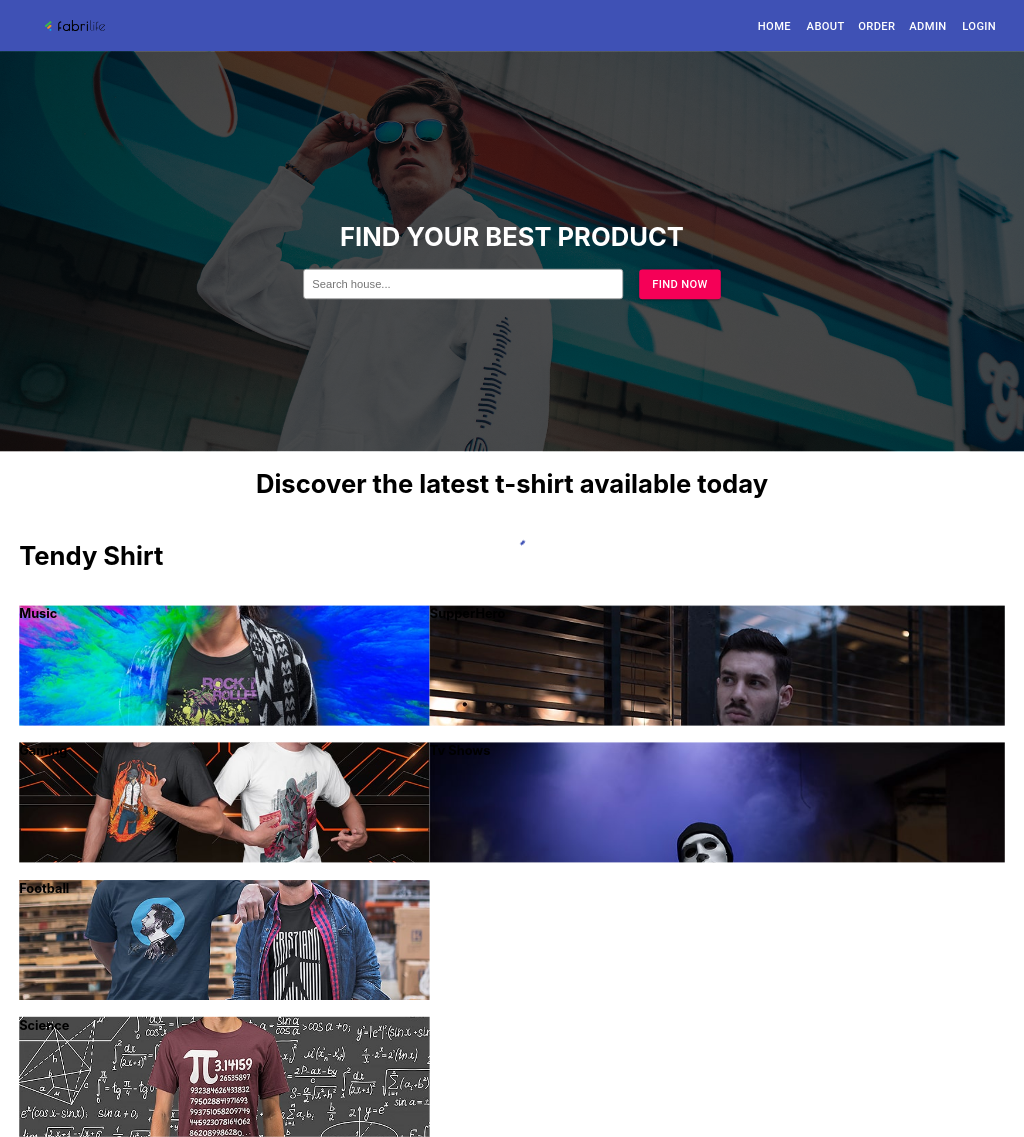
Repository: arif286/fabrilife-E-commerce-client-site
Page: /
The author's editor kept a copy of each file at every save. The page is drawn from the files as they stood at one save, then again after the next save.
The browser window is 1280 px wide. The pictures show the whole page, at 80% of full size.
The page's requests for data from a server got no answer. The project was rebuilt for these pictures with package versions that can differ from the ones it lists, and the page was loaded fresh each time. No one was signed in, and anything a server would have sent is missing. Also part of the build but not shown: src/components/Admin/Admin.css, src/components/Admin/AddEvent/AddEvent.css, src/components/Admin/AddEvent/AddEvent.js, src/components/Admin/ProductManage/ProductManage.js, src/components/Admin/Sidebar/Sidebar.css, src/components/Admin/Sidebar/Sidebar.js, src/components/Admin/Admin.js, src/components/CheckOut/CheckOut.css and 8 more.

Above is the page before, as saved 2021-04-01 01:28:32.

### src/App.js
import React, { createContext, useState } from "react";
import { BrowserRouter as Router, Route, Switch } from "react-router-dom";
import Admin from "./components/Admin/Admin";
import CheckOut from "./components/CheckOut/CheckOut";
import Header from "./components/Header/Header";
import Home from "./components/Home/Home";
import Login from "./components/Login/Login";
import NoMatch from "./components/NoMatch/NoMatch";
import Order from "./components/Order/Order";
import PrivateRoute from "./components/PrivateRoute/PrivateRoute";

export const UserContext = createContext()

function App() {
  const [loggedInUser, setLoggedInUser] = useState({});
  return (
    <UserContext.Provider value={[loggedInUser, setLoggedInUser]}>
      <Router>
        <Header />
        <Switch>
          <Route path="/home">
            <Home />
          </Route>
          <PrivateRoute path="/admin">
            <Admin/>
          </PrivateRoute>
          <PrivateRoute path="/productDetails/:id">
            <CheckOut />
          </PrivateRoute>
          <PrivateRoute path='/order'>
            <Order/>
          </PrivateRoute>
          <Route path="/login">
            <Login />
          </Route>
          <Route exact path="/">
            <Home />
          </Route>
          <Route path="*">
            <NoMatch />
          </Route>
        </Switch>
      </Router>
    </UserContext.Provider>
  );
}

export default App;

### src/components/Header/Header.js
import AppBar from "@material-ui/core/AppBar";
import Button from "@material-ui/core/Button";
import { makeStyles } from "@material-ui/core/styles";
import Toolbar from "@material-ui/core/Toolbar";
import Typography from "@material-ui/core/Typography";
import React from "react";
import { NavLink } from "react-router-dom";
import logo from "../../tshirt-shop/logos/fabrilife.svg";
import "./Header.css";

const useStyles = makeStyles((theme) => ({
  root: {
    flexGrow: 1,
  },
  menuButton: {
    marginRight: theme.spacing(2),
  },
  title: {
    flexGrow: 1,
  },
}));

const Header = () => {
  const classes = useStyles();

  return (
    <div className={classes.root}>
      <AppBar position="static">
        <Toolbar>
          <img
            style={{ width: "80px", marginLeft: "30px" }}
            src={logo}
            alt=""
          />
          {/* <IconButton
              edge="start"
              className={classes.menuButton}
              color="inherit"
              aria-label="menu"
            >
              <MenuIcon />
            </IconButton> */}
          <Typography variant="h6" className={classes.title}></Typography>
          <NavLink className="header-link" to="/home">
            <Button color="inherit">Home</Button>
          </NavLink>
          <NavLink className="header-link" to="/home">
            <Button color="inherit">About</Button>
          </NavLink>
          <NavLink className="header-link" to="/order">
            <Button color="inherit">Order</Button>
          </NavLink>
          <NavLink className="header-link" to="/admin">
            <Button color="inherit">Admin</Button>
          </NavLink>
          <NavLink className="header-link" to="/login">
            <Button color="inherit">Login</Button>
          </NavLink>
        </Toolbar>
      </AppBar>
    </div>
  );
};

export default Header;

### src/components/Home/Home.js
import React from 'react';
import LatestProduct from '../LatestProduct/LatestProduct';
import SearchBar from '../SearchBar/SearchBar';
import Shop from '../Shop/Shop';

const Home = () => {
    return (
        <>
            <SearchBar/>
            <Shop />
            <LatestProduct/>
        </>
    );
};

export default Home;

### src/components/Header/Header.css
.header-link {
  text-decoration: none;
  color: white;
}

### src/components/LatestProduct/LatestProduct.js
import { Container, Grid } from '@material-ui/core';
import React from 'react';
import './LatestProduct.css';

const LatestProduct = () => {
    return (
      <Container>
        <h1>Tendy Shirt</h1>
        <Grid container>
          <Grid item md={5} sm={12}>
            <div className="music latest-product">
              <h4>Music</h4>
            </div>
            <div className="gaming latest-product">
              <h4>Gaming</h4>
            </div>
            <div className="football latest-product">
              <h4>Football</h4>
            </div>
            <div className="science latest-product">
              <h4>Science</h4>
            </div>
          </Grid>
          <Grid item sm={12} md={7}>
            <div className="supperHero latest-product">
              <h4>SupperHero</h4>
            </div>
            <div className="shows latest-product">
              <h4>Tv Shows</h4>
            </div>
          </Grid>
        </Grid>
      </Container>
    );
};

export default LatestProduct;

### src/components/SearchBar/SearchBar.js
import { Button } from "@material-ui/core";
import React from "react";
import "./SearchBar.css";

const SearchBar = () => {
  return (
    <div className="bgImage">
      <div className="search-bar">
        <h1>Find your best product</h1>
        <div className="search-bar">
          <input placeholder="Search house..." type="text" />
          <Button color="secondary" variant="contained">
            Find Now
          </Button>
        </div>
      </div>
    </div>
  );
};

export default SearchBar;

### src/components/Shop/Shop.js
import { Container, Grid } from "@material-ui/core";
import CircularProgress from "@material-ui/core/CircularProgress";
import axios from "axios";
import React, { useEffect, useState } from "react";
import ShopCard from "./ShopCard/ShopCard";

const Shop = () => {
     const [event, setEvent] = useState([]);

     useEffect(() => {
       axios
         .get("http://localhost:5000/event")
         .then((res) => setEvent(res.data))
         .catch((error) => console.log(error));
     }, []);

    return (
      <div>
        <Container>
          <Grid container direction="column" alignItems="center">
            <h1> Discover the latest t-shirt available today</h1>
            {event.length === 0 && <CircularProgress />}
          </Grid>
          <Grid container spacing={4}>
            {event.map((product, index) => (
              <Grid item xs={12} sm={6} md={4}>
                <ShopCard product={product} key={index} />
              </Grid>
            ))}
          </Grid>
        </Container>
      </div>
    );
};

export default Shop;

### src/components/LatestProduct/LatestProduct.css
.music {
  background-image: url("../../tshirt-shop/images/music-min.jpg");
}
.latest-product {
  background-repeat: no-repeat;
  background-size: cover;
  height: 150px;
}
.gaming {
  background-image: url("../../tshirt-shop//images/gaming-min.jpg");
}
.football {
  background-image: url("../../tshirt-shop/images/football-min.jpg");
}
.science {
  background-image: url("../../tshirt-shop/images/science-min.jpg");
}
.supperHero {
  background-image: url("../../tshirt-shop/images/superhero-min.jpg");
}
.shows {
  background-image: url("../../tshirt-shop/images/tv-min.jpg");
}

### src/components/SearchBar/SearchBar.css
.bgImage {
  background-image: linear-gradient(#000000b3, #000000b3),
    url("../../tshirt-shop/images/websiteheader2.png") !important;
  background-repeat: no-repeat;
  background-size: cover;
  min-height: 500px;
  width: 100%;
  display: flex;
  justify-content: center;
  align-items: center;
}
.search-bar h1 {
  color: white;
  text-transform: uppercase;
}
.search-bar input {
  min-width: 400px;
  display: inline-block;
  box-sizing: border-box;
  padding: 10px;
  border-radius: 4px;
  font-size: 14px;
  border: 1px solid #999999;
  outline: none;
  margin-right: 20px;
}
.search-bar {
  text-align: center;
}

Loaded but not shown: public/index.html (common file); src/index.js (common file); src/index.css (common file); src/reportWebVitals.js (common file); src/components/Shop/ShopCard/ShopCard.css (no stored copy; drawn as an empty file)

After the next save:
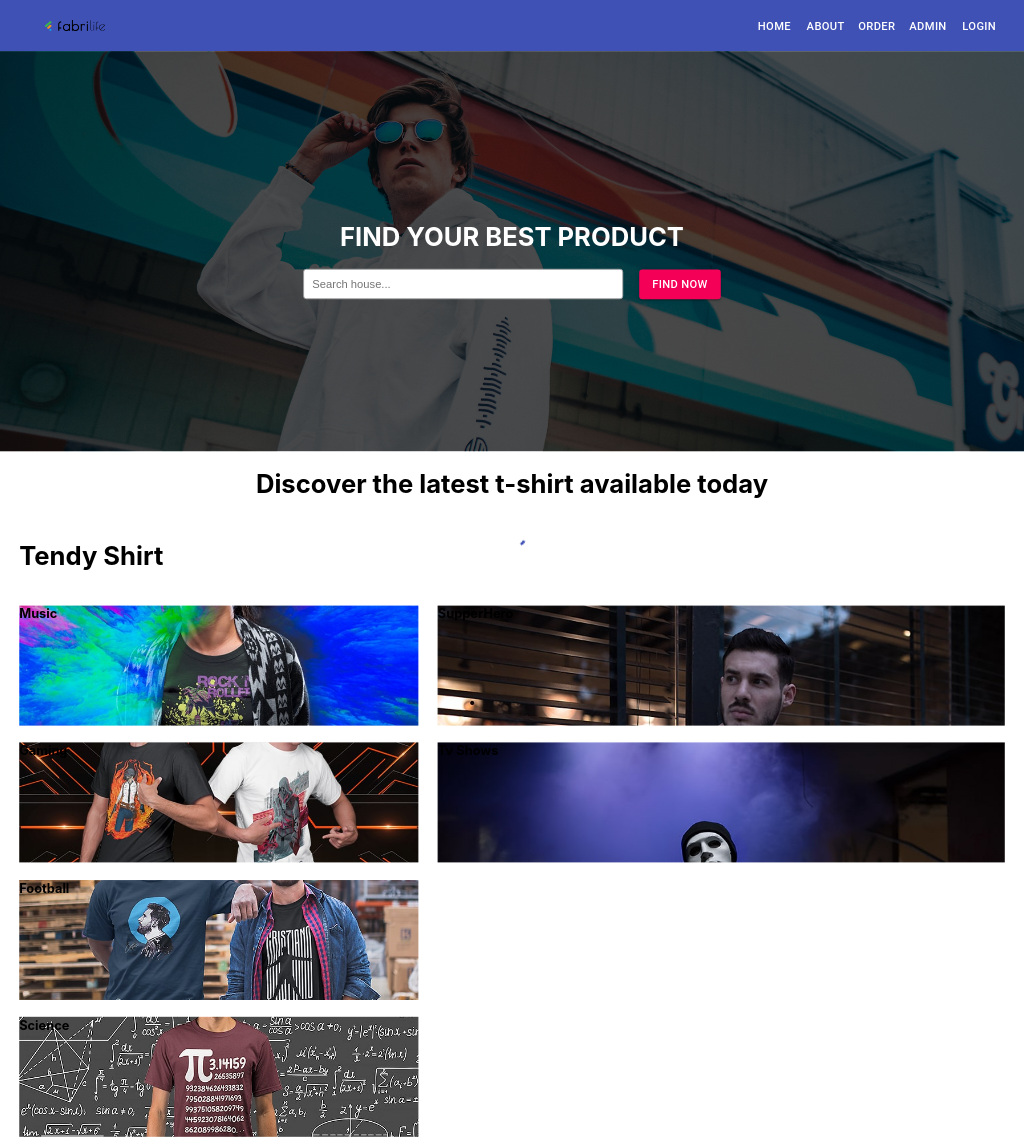
Saved 23 s later.
--- a/src/components/LatestProduct/LatestProduct.js
+++ b/src/components/LatestProduct/LatestProduct.js
@@ -6,7 +6,7 @@
     return (
       <Container>
         <h1>Tendy Shirt</h1>
-        <Grid container>
+        <Grid container spacing={3}>
           <Grid item md={5} sm={12}>
             <div className="music latest-product">
               <h4>Music</h4>
